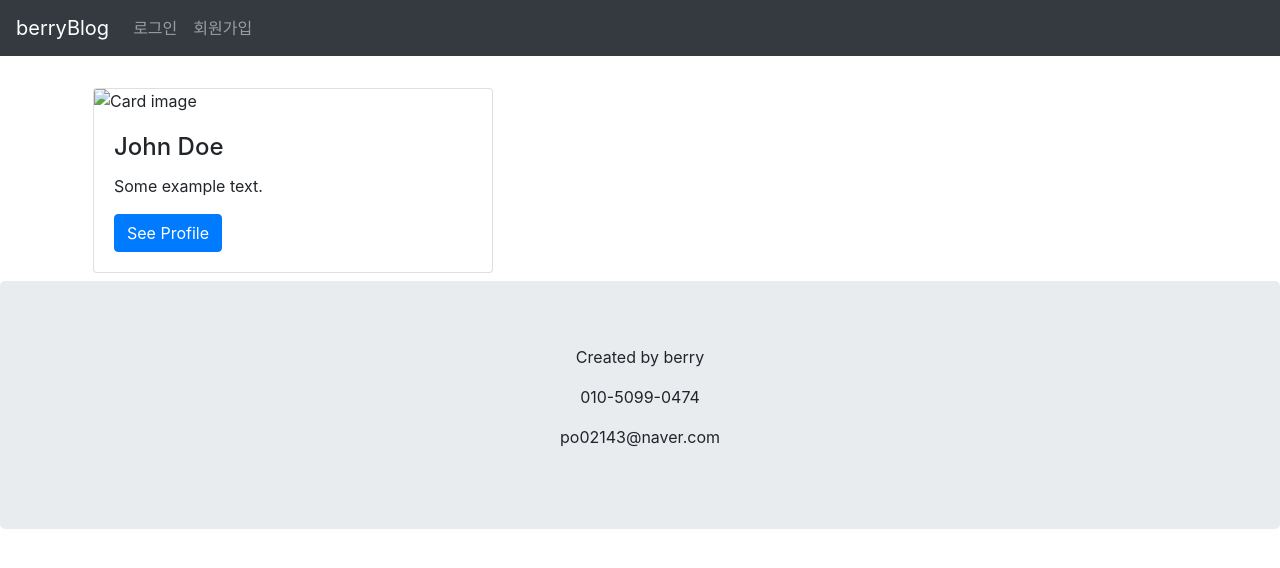
Repository: dlehsals/SpringBootBlog
Page: http://localhost/blog/WEB-INF/views/board/index.jsp
An editor plug-in stored every save of this project. The page is shown before and after the next save, followed by the edit.
The browser window is 1280 px wide. The pictures show the whole page.
The page is served by Tomcat 9. Nobody is signed in. The template is opened directly, without the code that normally fills it, so the values that code supplies are empty.

Above is the page before, as saved 2022-01-08 14:49:49.
Not found: blog/blog/WEB-INF/views/board/img_avatar1.png

After the next save:
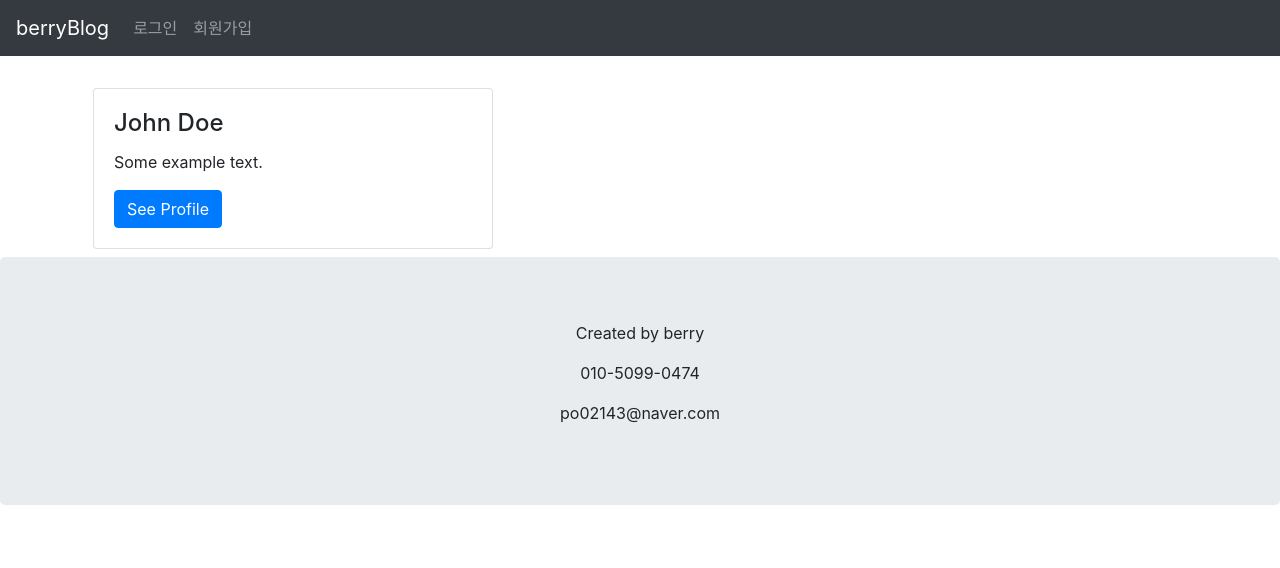
Saved 16 s later.
--- a/blog/src/main/webapp/WEB-INF/views/board/index.jsp
+++ b/blog/src/main/webapp/WEB-INF/views/board/index.jsp
@@ -33,7 +33,6 @@
 <!-- content start-->
 	<div class="container">
 		<div class="card m-2" style="width: 400px">
-			<img class="card-img-top" src="img_avatar1.png" alt="Card image">
 			<div class="card-body">
 				<h4 class="card-title">John Doe</h4>
 				<p class="card-text">Some example text.</p>
